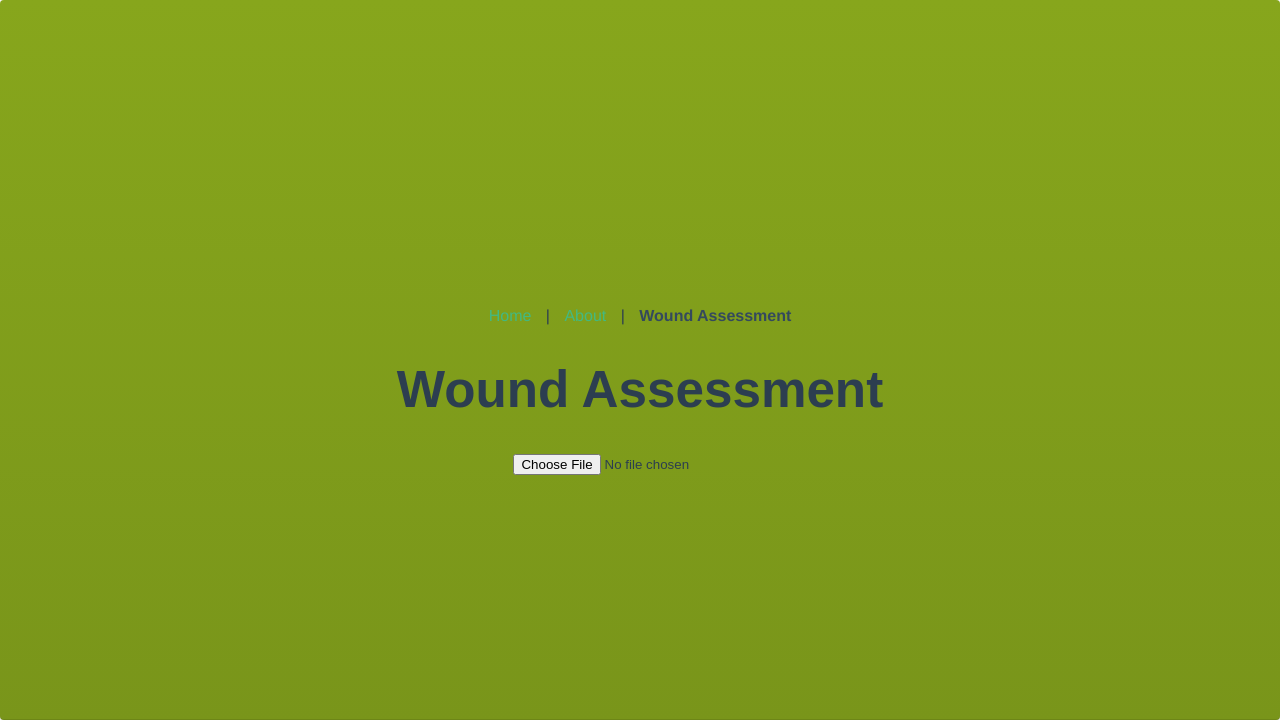
Repository: Jinwoo290350/Surgicare-Vue
Page: /wound-assessment (app in surgicare/)
The author's editor kept a copy of each file at every save. The page is drawn from the files as they stood at one save, then again after the next save.
The browser window is 1280 px wide. The pictures show the whole page.
The project was rebuilt for these pictures with package versions that can differ from the ones it lists, and the page was loaded fresh each time. Also part of the build but not shown: surgicare/vite.config.js, surgicare/src/views/Home.vue, surgicare/src/views/About.vue.

Above is the page before, as saved 2024-11-26 19:46:05.

### surgicare/src/main.js
import { createApp } from 'vue'
import './style.css'
import App from './App.vue'
import router from "./router";

createApp(App).use(router).mount("#app");

### surgicare/src/style.css
:root {
  font-family: Inter, system-ui, Avenir, Helvetica, Arial, sans-serif;
  line-height: 1.5;
  font-weight: 400;

  color-scheme: light dark;
  color: rgba(255, 255, 255, 0.87);
  background-color: #242424;

  font-synthesis: none;
  text-rendering: optimizeLegibility;
  -webkit-font-smoothing: antialiased;
  -moz-osx-font-smoothing: grayscale;
}

a {
  font-weight: 500;
  color: #646cff;
  text-decoration: inherit;
}
a:hover {
  color: #535bf2;
}

body {
  margin: 0;
  display: flex;
  place-items: center;
  min-width: 320px;
  min-height: 100vh;
  in-height: 40px;
  padding-left: 20px;
  padding-right: 20px;
  background-color: #87a61c;
  background-image: -moz-linear-gradient(top, #87a61c, #79951a);
  background-image: -ms-linear-gradient(top, #87a61c, #79951a);
  background-image: -webkit-linear-gradient(top, #87a61c, #79951a);
  background-image: -o-linear-gradient(top, #87a61c, #79951a);
  background-image: linear-gradient(top, #87a61c, #79951a);
  background-repeat: repeat-x;
  filter: progid:DXImageTransform.Microsoft.gradient(startColorstr='#87a61c', endColorstr='#79951a', GradientType=0);
  -webkit-border-radius: 4px;
  -moz-border-radius: 4px;
  border-radius: 4px;
  -webkit-box-shadow: 0 1px 3px rgba(0,0,0,.25), inset 0 -1px 0 rgba(0,0,0,.1);
  -moz-box-shadow: 0 1px 3px rgba(0,0,0,.25), inset 0 -1px 0 rgba(0,0,0,.1);
  box-shadow: 0 1px 3px rgba(0,0,0,.25), inset 0 -1px 0 rgba(0,0,0,.1);
}

h1 {
  font-size: 3.2em;
  line-height: 1.1;
}

button {
  border-radius: 8px;
  border: 1px solid transparent;
  padding: 0.6em 1.2em;
  font-size: 1em;
  font-weight: 500;
  font-family: inherit;
  background-color: #1a1a1a;
  cursor: pointer;
  transition: border-color 0.25s;
}
button:hover {
  border-color: #646cff;
}
button:focus,
button:focus-visible {
  outline: 4px auto -webkit-focus-ring-color;
}

.card {
  padding: 2em;
}

#app {
  max-width: 1280px;
  margin: 0 auto;
  padding: 2rem;
  text-align: center;
}

@media (prefers-color-scheme: light) {
  :root {
    color: #213547;
    background-color: #ffffff;
  }
  a:hover {
    color: #747bff;
  }
  button {
    background-color: #f9f9f9;
  }
}

### surgicare/src/App.vue
<template>
  <div id="app">
    <nav>
      <router-link to="/">Home</router-link> |
      <router-link to="/about">About</router-link> |
      <router-link to="/wound-assessment">Wound Assessment</router-link>
    </nav>
    <router-view />
  </div>
</template>

<script>
export default {
  name: "App",
};
</script>

<style>
#app {
  font-family: Avenir, Helvetica, Arial, sans-serif;
  text-align: center;
  color: #2c3e50;
  margin-top: 40px;
}

nav {
  margin-bottom: 20px;
}

nav a {
  margin: 0 10px;
  color: #42b983;
  text-decoration: none;
}

nav a.router-link-exact-active {
  font-weight: bold;
  color: #34495e;
}
</style>

### surgicare/src/router/index.js
import { createRouter, createWebHistory } from "vue-router";
import Home from "../views/Home.vue";
import About from "../views/About.vue";
import WoundAssessment from "../components/WoundAssessment.vue";

const routes = [
  { path: "/", name: "Home", component: Home },
  { path: "/about", name: "About", component: About },
  { path: "/wound-assessment", name: "WoundAssessment", component: WoundAssessment },
];

const router = createRouter({
  history: createWebHistory(),
  routes,
});

export default router;

### surgicare/src/components/WoundAssessment.vue
<template>
  <div class="wound-assessment">
    <h1>Wound Assessment</h1>

    <!-- ส่วนอัปโหลดรูปหรือถ่ายรูป -->
    <div class="upload-section">
      <input
        type="file"
        @change="handleImageUpload"
        accept="image/*"
        capture="environment"
      />
      <div v-if="uploadedImage">
        <img :src="uploadedImage" alt="Uploaded Wound" class="uploaded-image" />
      </div>
    </div>

    <!-- ปุ่มวิเคราะห์ -->
    <button
      v-if="uploadedImage"
      @click="assessWound"
      class="assess-button">
      Assess Wound
    </button>

    <!-- ส่วนแสดงผล -->
    <div v-if="assessmentResult" class="result-section">
      <h3>ผลการประเมิน</h3>
      <p><strong>ประเภทแผล:</strong> {{ assessmentResult.type }}</p>
      <p><strong>ระดับความรุนแรง:</strong> {{ assessmentResult.severity }}</p>
      <p><strong>คำแนะนำ:</strong> {{ assessmentResult.advice }}</p>
    </div>
  </div>
</template>

<script>
export default {
  data() {
    return {
      uploadedImage: null, // เก็บ Base64 ของรูปที่อัปโหลด
      assessmentResult: null, // เก็บผลการประเมิน
    };
  },
  methods: {
    handleImageUpload(event) {
      const file = event.target.files[0];
      if (file) {
        const reader = new FileReader();
        reader.onload = (e) => {
          this.uploadedImage = e.target.result; // แปลงรูปเป็น Base64
        };
        reader.readAsDataURL(file);
      }
    },
    assessWound() {
      // Mock ผลลัพธ์จาก AI
      this.assessmentResult = {
        type: "แผลใหม่",
        severity: "เล็กน้อย",
        advice: "ทำความสะอาดแผลและหลีกเลี่ยงการสัมผัสแผล",
      };
    },
  },
};
</script>

<style scoped>
.wound-assessment {
  text-align: center;
  margin: 20px;
  font-family: Arial, sans-serif;
}

.upload-section {
  margin-bottom: 20px;
}

.uploaded-image {
  max-width: 300px;
  border: 1px solid #ddd;
  border-radius: 8px;
  margin-top: 10px;
}

.assess-button {
  padding: 10px 20px;
  font-size: 16px;
  background-color: #4caf50;
  color: white;
  border: none;
  border-radius: 5px;
  cursor: pointer;
}

.result-section {
  margin-top: 20px;
  padding: 15px;
  border: 1px solid #ddd;
  border-radius: 8px;
  background-color: #f9f9f9;
  text-align: left;
}
</style>

Loaded but not shown: surgicare/index.html (common file)

After the next save:
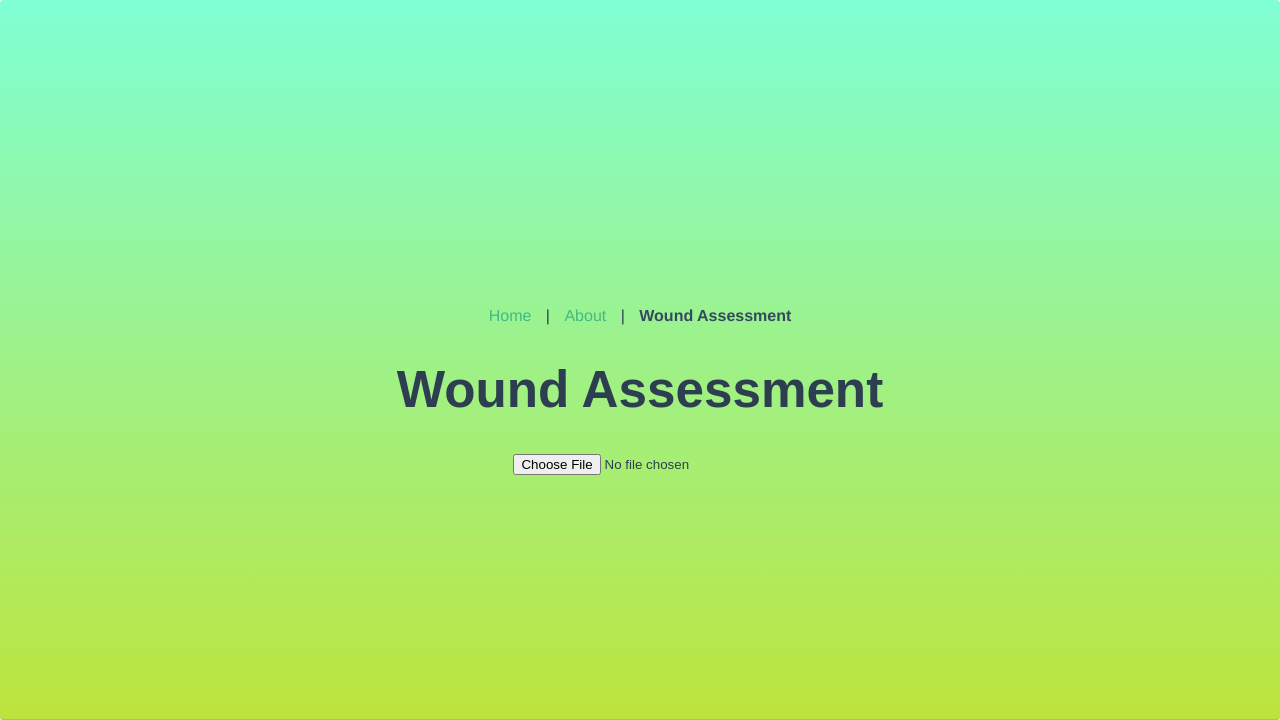
Saved 4 min 10 s later.
--- a/surgicare/src/style.css
+++ b/surgicare/src/style.css
@@ -31,12 +31,12 @@ body {
   in-height: 40px;
   padding-left: 20px;
   padding-right: 20px;
-  background-color: #87a61c;
-  background-image: -moz-linear-gradient(top, #87a61c, #79951a);
-  background-image: -ms-linear-gradient(top, #87a61c, #79951a);
-  background-image: -webkit-linear-gradient(top, #87a61c, #79951a);
-  background-image: -o-linear-gradient(top, #87a61c, #79951a);
-  background-image: linear-gradient(top, #87a61c, #79951a);
+  background-color: #7FFFD4;
+  background-image: -moz-linear-gradient(top, #7FFFD4, #bde43c);
+  background-image: -ms-linear-gradient(top, #7FFFD4, #bde43c);
+  background-image: -webkit-linear-gradient(top, #7FFFD4, #bde43c);
+  background-image: -o-linear-gradient(top, #7FFFD4, #bde43c);
+  background-image: linear-gradient(top, #7FFFD4, #bde43c);
   background-repeat: repeat-x;
   filter: progid:DXImageTransform.Microsoft.gradient(startColorstr='#87a61c', endColorstr='#79951a', GradientType=0);
   -webkit-border-radius: 4px;
